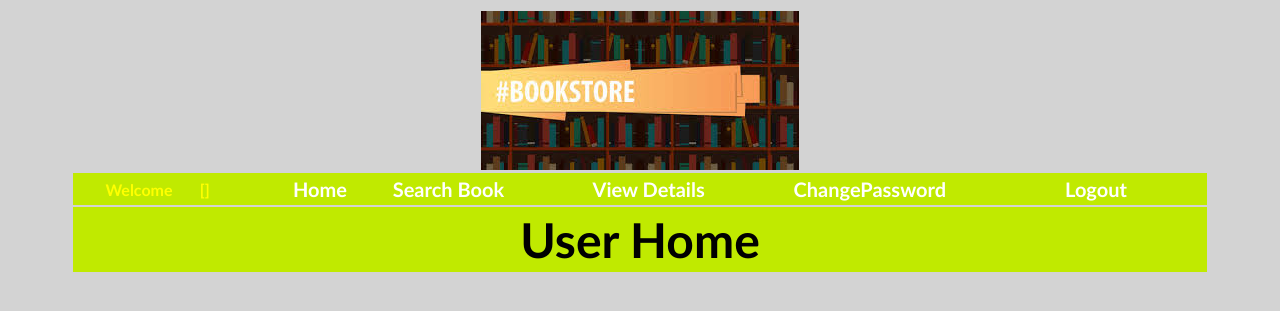
Repository: prateekscode/Preparation
Page: http://localhost/Online_BookStore/userHomeDef.jsp
The author's editor kept a copy of each file at every save. The page is drawn from the files as they stood at one save, then again after the next save.
The browser window is 1280 px wide. The pictures show the whole page.
The page is served by Tomcat 9.

Above is the page before, as saved 2025-01-12 12:46:05.

After the next save:
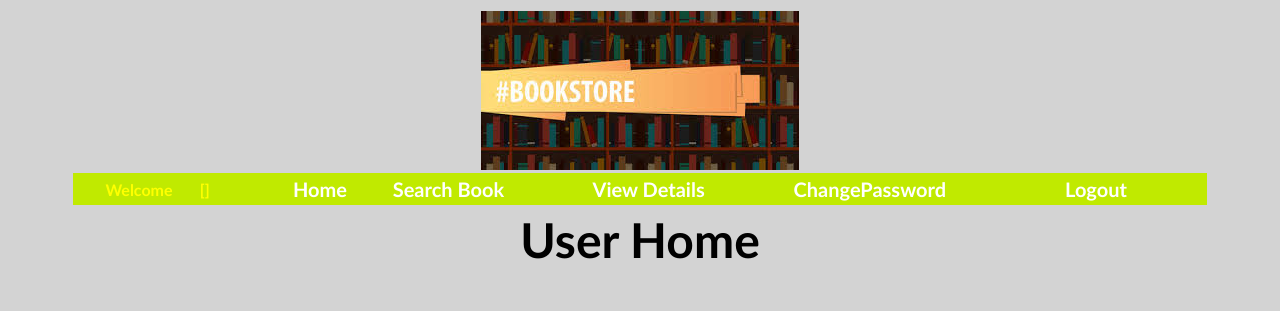
Saved 8 s later.
--- a/Online BookStore/src/main/webapp/userHomeDef.jsp
+++ b/Online BookStore/src/main/webapp/userHomeDef.jsp
@@ -23,7 +23,7 @@ href="<%=request.getContextPath()%>/css/indexstyle.css">
 <td align="center">
 <jsp:include page="/userMenu.jsp"></jsp:include>
 </td>
-<tr valign="middle" bgcolor="cream" height="3px">
+<tr valign="middle">
 <td align="center">
 <jsp:include page="/userHome.jsp"></jsp:include>
 </td>
